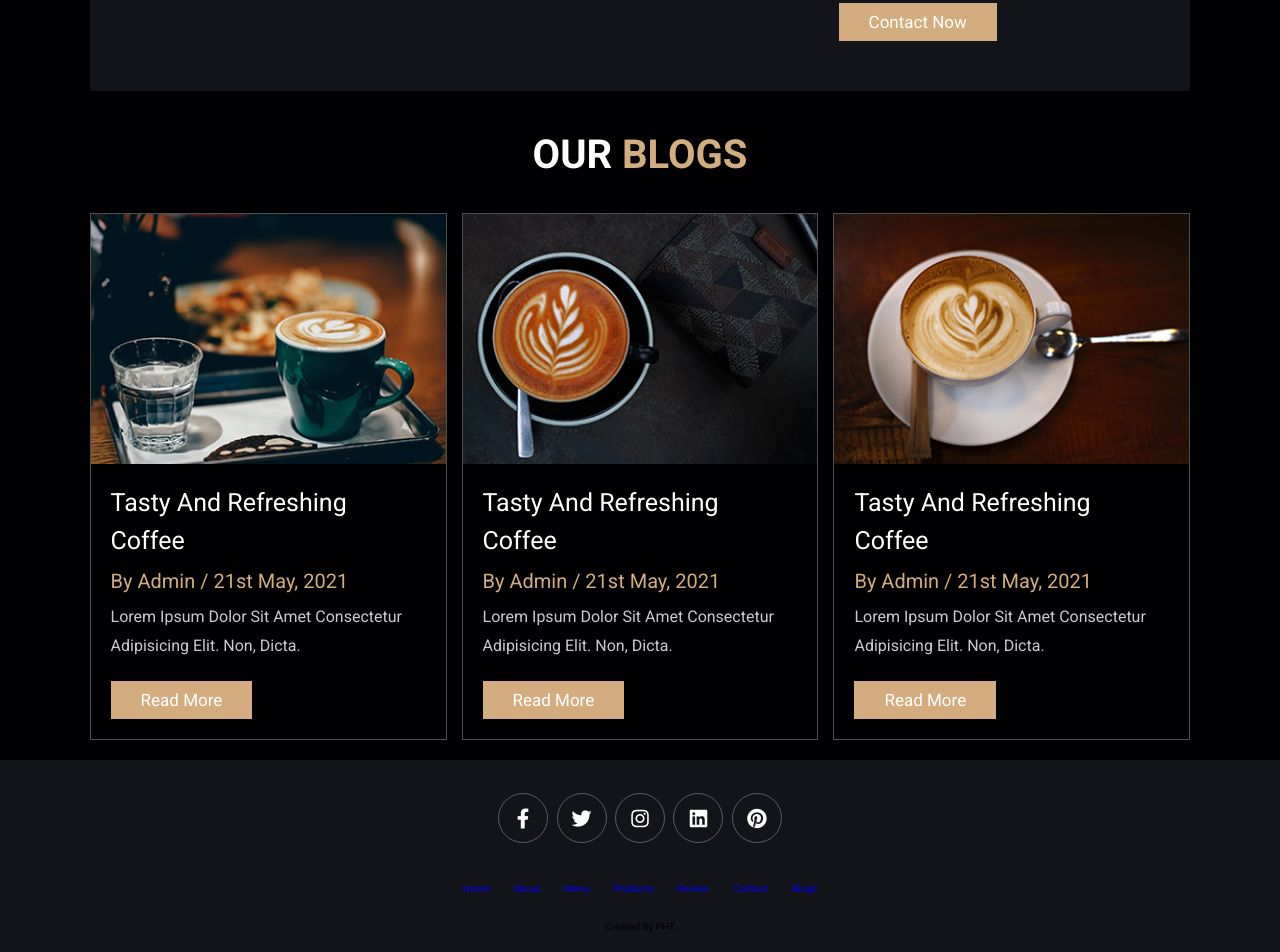
Repository: phamtrunghptn-dev/coffee-shop
Page: index.html
These files come from the project's save history. The page is drawn as it stood at one moment and after the next save; the edit follows.
The browser window is 1280 px wide. The pictures show the part of the page from y = 3698 to 4650 px (the page is 4650 px tall).
Pictures or frames that could not be fetched are drawn as grey boxes. A picture or video elsewhere on the page could not be fetched, so the positions and the page height are approximate. Some web libraries are served in a nearby version.

Above is the page before, as saved 2022-06-26 22:19:43.

After the next save:
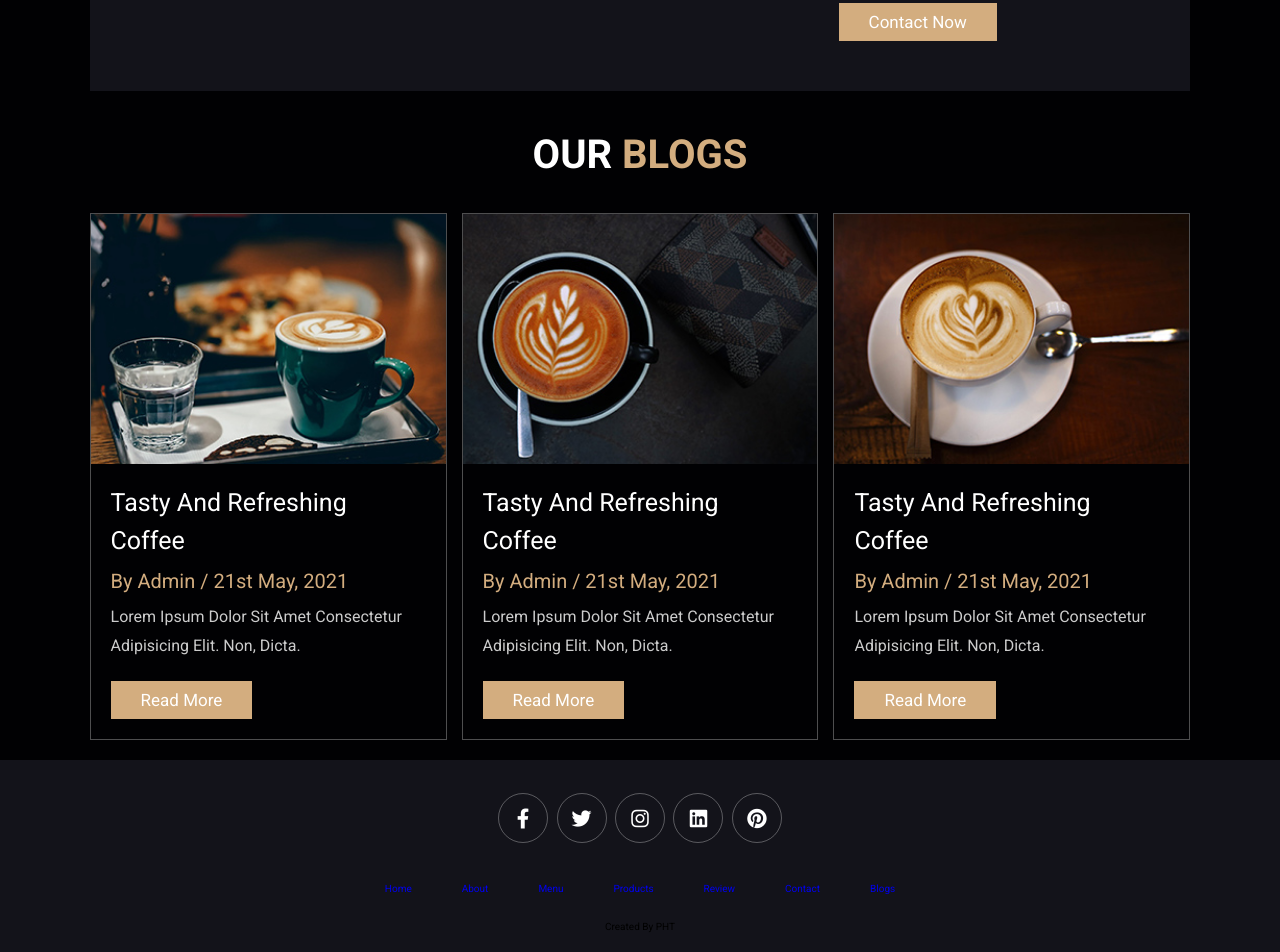
Saved 4 s later.
--- a/css/style.css
+++ b/css/style.css
@@ -544,7 +544,8 @@ section{
 }
 
 .footer .links a{
-    padding: 0.7rem
+    padding: 0.7rem 2rem;
+
 }
 
 
